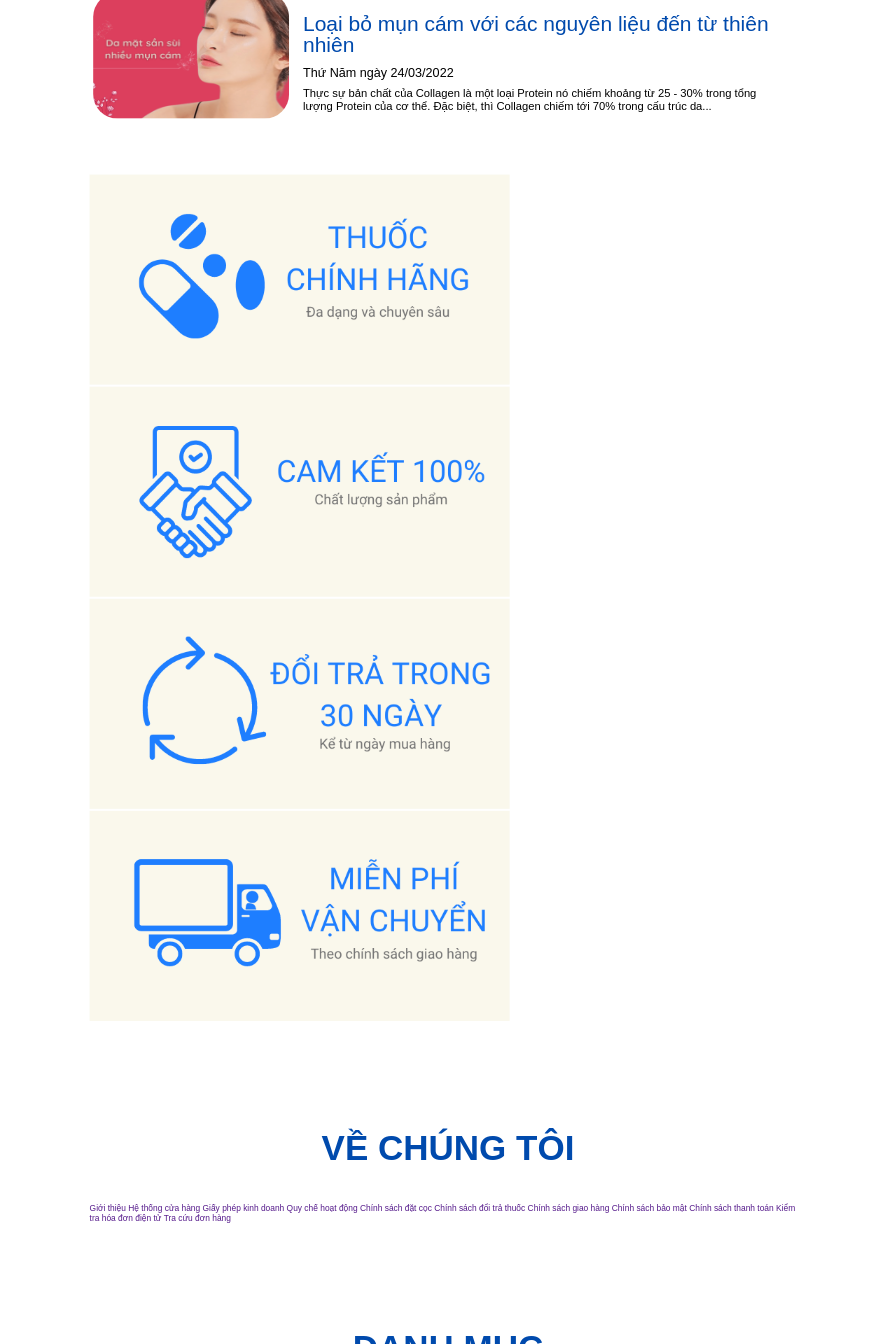
Repository: ViralAIWorks/TamAnPharmacy.github.io
Page: pages/chamsoccanhan.html
These files come from the project's save history. The page is drawn as it stood at one moment and after the next save; the edit follows.
The browser window is 1280 px wide. The pictures show the part of the page from y = 848 to 2768 px (the page is 3531 px tall before and 1873 px after), at 70% of full size.
Pictures or frames that could not be fetched are drawn as grey boxes. A picture or video elsewhere on the page could not be fetched, so the positions and the page height are approximate. Some web fonts or font styles are not loaded; a fallback is used.

Above is the page before, as saved 2022-03-23 19:11:34.
Console error: ReferenceError: Swiper is not defined

### pages/chamsoccanhan.html
<!DOCTYPE html>
<html lang="en">

<head>
    <meta charset="UTF-8">
    <meta http-equiv="X-UA-Compatible" content="IE=edge">
    <meta name="viewport" content="width=device-width, initial-scale=1.0">
    <title>Sức Khỏe</title>
    <link rel="stylesheet" href="https://cdnjs.cloudflare.com/ajax/libs/font-awesome/5.15.4/css/all.min.css" />
    <link rel="stylesheet" href="./suckhoe.css">
    <link rel="stylesheet" href="./chamsoccanhan.css">

</head>

<body>
    <header>
        <header class="header">
            <a href="../index.html">
                <img src="images/logo/logo2.png" width="200px" height="200px" alt="tamanlogo" />
            </a>
            <!--tao thanh navbar-->
            <nav class="navbar">
                <a href="../pages/Giohang/cart.html">THUỐC</a>
                <a href="../pages/Giohang/tbyt.html">THIẾT BỊ Y TẾ</a>
                <a href="../pages/chamsoccanhan.html">CHĂM SÓC CÁ NHÂN</a>
                <a href="../pages/suckhoe.html">SỨC KHỎE</a>
                <a href="../pages/thongtin.html">THÔNG TIN</a>
            </nav>
            <!--tao thanh tim kiem, gio hang va nutlogin-->
            <div class="icons">
                <div class="fas fa-search" id="search-btn"></div>
                <button id="cart">
                <div class="fas fa-shopping-cart" id="cart-btn" aria-hidden="true"></div>
            </button>

                <div class="fas fa-user" id="login-btn"></div>
            </div>

            <!--Tao form tim kiem-->
            <form action="" class="search-form">
                <input type="search" id="search-box" placeholder="Tìm kiếm tại đây..." />
                <label for="search-box" class="fas fa-search"></label>
            </form>

            <!--tao form login-->
            <form action="" class="login-form">
                <h3>Đăng nhập</h3>
                <input type="email" placeholder="Email" class="box">
                <br />
                <input type="password" placeholder="Password" class="box">
                <p>Quên mật khẩu? <a href="#">Click vào đây</a></p>
                <p>Chưa có tài khoản? <a href="pages/signupform.html">Đăng ký ngay</a></p>
                <input type="submit" value="Đăng Nhập" class="btn">
            </form>
        </header>
        <div class="ss-chuyende-news">
            <h2>Bài viết</h2>
            <!-- blog-1 -->
            <article class="t-news">
                <div class="blog-img">
                    <div>
                        <a href="blog/khoedep1.HTML">
                            <img src="./blog/22.jfif" alt="Dầu dừa chống lão hóa có tốt không? Cách sử dụng dầu dừa chống lão hóa ra sao?" class="loaded">
                        </a>
                    </div>
                </div>
                <div class="width-h3">
                    <div class="blog-link">
                        <a href="blog/khoedep1.HTML">
                        Dầu dừa chống lão hóa có tốt không? Cách sử dụng dầu dừa chống lão hóa ra sao?                        </a>
                    </div>
                    <br>
                    <div class="blog-content">
                        <span class="date">Thứ Năm ngày 24/03/2022</span>
                    </div>
                    <p>Có thể nói, hai tác dụng chính của dầu dừa đối với làn da đó là đẩy nhanh sự phục hồi của các vết thương và giúp da được dưỡng ẩm. Chính bởi đặc tính dưỡng ẩm nên dầu dừa...</p>
                </div>
            </article>
            <!-- khoedep1 -->
            <article class="t-news">
                <div class="blog-img">
                    <div>
                        <a href="blog/khoedep2.HTML">
                            <img src="./blog/23.png" alt="Top 6 thực phẩm tăng cường Collagen cho da, chống lão hóa sớm" class="loaded">
                        </a>
                    </div>
                </div>
                <div class="width-h3">
                    <div class="blog-link">
                        <a href="blog/khoedep2.HTML">
                        Top 6 thực phẩm tăng cường Collagen cho da, chống lão hóa sớm</a>
                    </div>
                    <br>
                    <div class="blog-content">
                        <span class="date">Thứ Năm ngày 24/03/2022</span>
                    </div>
                    <p>Thực sự bản chất của Collagen là một loại Protein nó chiếm khoảng từ 25 - 30% trong tổng lượng Protein của cơ thể. Đặc biệt, thì Collagen chiếm tới 70% trong cấu trúc da...</p>
                </div>
            </article>
            <!-- khoedep2 -->
            <article class="t-news">
                <div class="blog-img">
                    <div>
                        <a href="blog/khoedep3.HTML">
                            <img src="./blog/24.png" alt="Loại bỏ mụn cám với các nguyên liệu đến từ thiên nhiên" class="loaded">
                        </a>
                    </div>
                </div>
                <div class="width-h3">
                    <div class="blog-link">
                        <a href="blog/khoedep3.HTML">
                        Loại bỏ mụn cám với các nguyên liệu đến từ thiên nhiên </a>
                    </div>
                    <br>
                    <div class="blog-content">
                        <span class="date">Thứ Năm ngày 24/03/2022</span>
                    </div>
                    <p>Thực sự bản chất của Collagen là một loại Protein nó chiếm khoảng từ 25 - 30% trong tổng lượng Protein của cơ thể. Đặc biệt, thì Collagen chiếm tới 70% trong cấu trúc da...</p>
                </div>
            </article>
            <script src="../json/homepage.js"></script>
</body>
<footer>
    <div class="ft-bar">
        <div class="ft-display_img">
            <img src="../pages/images/Footer-ThongTin/thuoc.png" alt="">
            <img src="../pages/images/Footer-ThongTin/camket.png" alt="">
            <img src="../pages/images/Footer-ThongTin/doitra.png" alt="">
            <img src="../pages/images/Footer-ThongTin/free.png" alt="">
        </div>
    </div>
    <div class="list">
        <div class="footer-menu">
            <h2>VỀ CHÚNG TÔI</h2>
            <div class="ft-list">
                <a href=""> Giới thiệu </a>
                <a href=""> Hệ thống cửa hàng </a>
                <a href=""> Giấy phép kinh doanh </a>
                <a href=""> Quy chế hoạt động </a>
                <a href=""> Chính sách đặt cọc </a>
                <a href=""> Chính sách đổi trả thuốc </a>
                <a href=""> Chính sách giao hàng </a>
                <a href=""> Chính sách bảo mật </a>
                <a href=""> Chính sách thanh toán </a>
                <a href=""> Kiểm tra hóa đơn điện tử </a>
                <a href=""> Tra cứu đơn hàng </a>
            </div>
        </div>
        <div class="footer-menu">
            <h2>DANH MỤC</h2>
            <div class="ft-list">
                <a href=""> Thực phẩm chức năng </a>
                <a href=""> Dược mỹ phẩm </a>
                <a href=""> Chăm sóc cá nhân </a>
                <a href=""> Thuốc </a>
                <a href=""> Trang thiết bị y tế </a>
                <a href=""> Bệnh </a>
            </div>
        </div>
        <div class="footer-menu">
            <h2>THỰC PHẨM CHỨC NĂNG</h2>
            <div class="ft-list">
                <a href="">Cải thiện tăng cường chức năng</a>
                <a href=""> Thảo dược-Thực phẩm tư nhân </a>
                <a href=""> Vitamin </a>
                <a href=""> Hỗ trợ điều trị </a>
                <a href=""> Canxi </a>
            </div>
        </div>
        <div class="footer-contact_width">
            <div class="ft-contact">
                <div>
                    <p class="ft-service">Tư vấn mua hàng (miễn phí)</p>
                    <a href="" class="phone">0696 9696 - Hotline</a>
                </div>
                <div>
                    <p class="ft-service">Góp ý, khiếu nại</p>
                    <a href="" class="phone">0123 4567 - Hotline</a>
                </div>
            </div>
            <div>
                <img src="../images/qrcode.jpg" class="qr-border" alt="">
            </div>
        </div>
    </div>
</footer>

### pages/suckhoe.css
    @import url("https://fonts.googleapis.com/css2?family=Source+Sans+3:ital,wght@0,200;0,300;0,400;0,500;0,600;0,700;0,800;0,900;1,200;1,300;1,400;1,500;1,600;1,700;1,800;1,900&display=swap");
     :root {
        --box-shadow: 0 0.5rem 1.5rem rgba(0, 0, 0, 0.1);
        --border: 0.2rem solid rgba(0, 0, 0, 0.1);
        --outline: 0.1rem solid rgba(0, 0, 0, 0.1);
        --outline-hover: 0.2rem solid var(--black);
    }
    /*css cho nen trang web*/

    * {
        font-family: "Source Sans 3", sans-serif;
        padding: 0px;
        margin: 0px;
        box-sizing: border-box;
        outline: none;
        border: none;
        text-decoration: none;
        text-transform: None;
        transition: all 0.2s linear;
    }

    body {
        margin: 0 auto;
        width: auto;
    }
    /*html*/

    html {
        font-size: 75%;
    }
    /*css cho header*/

    .header {
        display: flex;
        justify-content: space-between;
        align-items: center;
        padding: 0px 5%;
        position: fixed;
        top: 0;
        left: 0;
        right: 0;
        background: white;
        z-index: 1000;
        box-shadow: var(--box-shadow);
        max-height: 100px;
    }

    .header .logo {
        cursor: pointer;
        width: 200px;
        height: 200px;
    }

    .header .navbar a {
        font-size: 16px;
        font-family: "Source Sans 3", sans-serif;
        color: #004aad;
        font-weight: 500;
        text-decoration: none;
        transition: all 0.3s ease 0s;
        display: inline-block;
        padding: 0px 10px;
    }
    /*hover: hieu ung khi di chuot toi vi tri*/

    .header .navbar a:hover {
        color: aqua;
    }

    .header .icons div:hover {
        color: white;
    }

    .header .search-form label:hover {
        color: Highlight;
    }

    .header .icons div {
        height: 40px;
        width: 40px;
        line-height: 40px;
        border-radius: 5px;
        background: #b6cff9;
        color: var(--black);
        font-size: 20px;
        margin-left: 2px;
        cursor: pointer;
        text-align: center;
    }
    /*an icon tim kiem lon*/

    #search-btn {
        display: none;
    }

    .header .search-form {
        position: sticky;
        overflow: hidden;
        border-radius: 10px;
        display: flex;
        box-shadow: var(--box-shadow);
        align-items: center;
        width: auto;
        height: 40px;
        border-style: solid;
        border-color: #004aad;
    }

    .header .search-form.active {
        right: 2rem;
        transition: 0.4s linear;
    }

    .header .search-form input {
        height: 100%;
        width: 100%;
        background: none;
        text-transform: none;
        font-size: 16px;
        color: var(--black);
        padding: 0px 10px;
    }
    /* icon kính lúp*/

    .header .search-form label {
        font-size: 20px;
        padding-right: 10px;
        color: var(--black);
        cursor: pointer;
    }
    /*form dang nhap*/

    .header .login-form {
        position: absolute;
        top: 110%;
        right: -110%;
        width: 25%;
        box-shadow: var(--box-shadow);
        padding: 20px;
        border-radius: 7px;
        background: #fff;
        text-align: left;
        font-family: 'Source Sans 3';
        border-style: solid;
        border-width: 2px;
        border-color: #004aad;
    }

    .header .login-form h3 {
        font-size: 22px;
        text-transform: uppercase;
        color: #004aad;
        font-family: 'Source Sans 3';
        text-align: center;
    }

    .header .login-form .box {
        margin: 5px;
        border-radius: 7px;
        width: 100%;
        padding: 8px;
        font-size: 16px;
        color: black;
        background: #eee;
        text-transform: none;
    }

    .header .login-form p {
        font-size: 14px;
        padding: 5px;
    }

    .header .login-form.active {
        right: 32px;
        transition: 0.5s linear;
    }

    .ss-chuyende-news {
        margin: 10px 10%;
    }

    .loaded {
        width: 280px;
        height: 180px;
        border-radius: 35px;
    }

    .ss-chuyende-news h2 {
        margin-top: 150px;
        margin-bottom: 50px;
        color: #004aad;
        font-size: 50px;
        text-align: center;
    }

    .blog-link a {
        color: #004aad;
        font-size: 30px;
        line-height: 30px;
    }

    .phone {
        font-size: 18px;
    }

    .date {
        font-size: 18px;
    }

    p {
        font-size: 16px;
    }

    .width-h3 {
        font-family: 36px;
        margin-left: 2%;
        margin-bottom: 10%;
    }

    article {
        display: flex;
        margin-bottom: 30px;
        padding: 20px 25px 20px 5px;
    }

    .blog-link {
        margin-top: 30px;
    }

    .blog-content {
        margin-bottom: 10px;
    }

    .t-news {
        height: 250px;
        border-radius: 25px;
    }

    .t-news:hover {
        border: 0.5px solid;
        border-radius: 35px;
    }

### pages/chamsoccanhan.css
@import url("https://fonts.googleapis.com/css2?family=Source+Sans+3:ital,wght@0,200;0,300;0,400;0,500;0,600;0,700;0,800;0,900;1,200;1,300;1,400;1,500;1,600;1,700;1,800;1,900&display=swap");
:root {
    --box-shadow: 0 0.5rem 1.5rem rgba(0, 0, 0, 0.1);
    --border: 0.2rem solid rgba(0, 0, 0, 0.1);
    --outline: 0.1rem solid rgba(0, 0, 0, 0.1);
    --outline-hover: 0.2rem solid var(--black);
}


/*css cho nen trang web*/

* {
    font-family: "Source Sans 3", sans-serif;
    padding: 0px;
    margin: 0px;
    box-sizing: border-box;
    outline: none;
    border: none;
    text-decoration: none;
    text-transform: None;
    transition: all 0.2s linear;
}

body {
    margin: 0 auto;
    width: auto;
}


/*html*/

html {
    font-size: 75%;
}


/*css cho header*/

.header {
    display: flex;
    justify-content: space-between;
    align-items: center;
    padding: 0px 5%;
    position: fixed;
    top: 0;
    left: 0;
    right: 0;
    background: white;
    z-index: 1000;
    box-shadow: var(--box-shadow);
    max-height: 100px;
}

.header .logo {
    cursor: pointer;
}

.header .navbar a {
    font-size: 16px;
    font-family: "Source Sans 3", sans-serif;
    color: #004aad;
    font-weight: 500;
    text-decoration: none;
    transition: all 0.3s ease 0s;
    display: inline-block;
    padding: 0px 10px;
}


/*hover: hieu ung khi di chuot toi vi tri*/

.header .navbar a:hover {
    color: aqua;
}

.header .icons div:hover {
    color: white;
}

.header .search-form label:hover {
    color: Highlight;
}

.header .icons div {
    height: 40px;
    width: 40px;
    line-height: 40px;
    border-radius: 5px;
    background: #b6cff9;
    color: var(--black);
    font-size: 20px;
    margin-left: 2px;
    cursor: pointer;
    text-align: center;
}


/*an icon tim kiem lon*/

#search-btn {
    display: none;
}

.header .search-form {
    position: sticky;
    overflow: hidden;
    border-radius: 10px;
    display: flex;
    box-shadow: var(--box-shadow);
    align-items: center;
    width: auto;
    height: 40px;
    border-style: solid;
    border-color: #004aad;
}

.header .search-form.active {
    right: 2rem;
    transition: 0.4s linear;
}

.header .search-form input {
    height: 100%;
    width: 100%;
    background: none;
    text-transform: none;
    font-size: 16px;
    color: var(--black);
    padding: 0px 10px;
}


/* icon kính lúp*/

.header .search-form label {
    font-size: 20px;
    padding-right: 10px;
    color: var(--black);
    cursor: pointer;
}


/*form dang nhap*/

.header .login-form {
    position: absolute;
    top: 110%;
    right: -110%;
    width: 25%;
    box-shadow: var(--box-shadow);
    padding: 20px;
    border-radius: 7px;
    background: #fff;
    text-align: left;
    font-family: 'Source Sans 3';
    border-style: solid;
    border-width: 2px;
    border-color: #004aad;
}

.header .login-form h3 {
    font-size: 22px;
    text-transform: uppercase;
    color: #004aad;
    font-family: 'Source Sans 3';
    text-align: center;
}

.header .login-form .box {
    margin: 5px;
    border-radius: 7px;
    width: 100%;
    padding: 8px;
    font-size: 16px;
    color: black;
    background: #eee;
    text-transform: none;
}

.header .login-form p {
    font-size: 14px;
    padding: 5px;
}

.header .login-form.active {
    right: 32px;
    transition: 0.5s linear;
}

.ss-chuyende-news {
    margin: 10px 10%;
}

.logo {
    width: 200px;
    height: 200px;
}

.loaded {
    width: 280px;
    height: 180px;
    border-radius: 35px;
}

.blog-link a {
    color: #004aad;
    font-size: 30px;
    line-height: 30px;
}

.date {
    font-size: 18px;
}

p {
    font-size: 16px;
}

.width-h3 {
    font-family: 36px;
    margin-left: 2%;
    margin-bottom: 10%;
}

article {
    display: flex;
    margin-bottom: 30px;
    padding: 20px 25px 20px 5px;
}

.blog-link {
    margin-top: 30px;
}

.blog-content {
    margin-bottom: 10px;
}

.t-news {
    height: 250px;
    border-radius: 25px;
}

.t-news:hover {
    border: 0.5px solid;
    border-radius: 35px;
}

### json/homepage.js
// index.html json
//signin form
let loginForm = document.querySelector('.login-form');
document.querySelector('#login-btn').onclick = () => {
    loginForm.classList.toggle('active');
}



var swiper = new Swiper(".product-slider", {
    loop: true,
    spaceBetween: 20,
    autoplay: {
        delay: 7500,
        disableOnInteraction: false,
    },
    centeredSlides: true,
    breakpoints: {
        0: {
            slidesPerView: 1,
        },
        768: {
            slidesPerView: 2,
        },
        1020: {
            slidesPerView: 3,
        },
    },
});

### pages/style/style_cactrang.css
/* <<<<<<< Updated upstream */

@import url("https://fonts.googleapis.com/css2?family=Source+Sans+3:ital,wght@0,200;0,300;0,400;0,500;0,600;0,700;0,800;0,900;1,200;1,300;1,400;1,500;1,600;1,700;1,800;1,900&display=swap");
:root {
    --box-shadow: 0 0.5rem 1.5rem rgba(0, 0, 0, 0.1);
    --border: 0.2rem solid rgba(0, 0, 0, 0.1);
    --outline: 0.1rem solid rgba(0, 0, 0, 0.1);
    --outline-hover: 0.2rem solid var(--black);
}


/*css cho nen trang web*/

* {
    font-family: "Source Sans 3", sans-serif;
    padding: 0px;
    margin: 0px;
    box-sizing: border-box;
    outline: none;
    border: none;
    text-decoration: none;
    text-transform: None;
    transition: all 0.2s linear;
}

body {
    margin: 0 auto;
    width: auto;
    overflow-x: hidden;
}


/*html*/

html {
    font-size: 75%;
}


/*css cho header*/

.header {
    display: flex;
    justify-content: space-between;
    align-items: center;
    padding: 0px 5%;
    position: fixed;
    top: 0;
    left: 0;
    right: 0;
    background: white;
    z-index: 1000;
    box-shadow: var(--box-shadow);
    max-height: 100px;
}

.header .logo {
    cursor: pointer;
}

.header .navbar a {
    font-size: 16px;
    font-family: "Source Sans 3", sans-serif;
    color: #004aad;
    font-weight: 500;
    text-decoration: none;
    transition: all 0.3s ease 0s;
    display: inline-block;
    padding: 0px 10px;
}


/*hover: hieu ung khi di chuot toi vi tri*/

.header .navbar a:hover {
    color: aqua;
}

.header .icons div:hover {
    color: white;
}

.header .search-form label:hover {
    color: Highlight;
}

.header .icons div {
    height: 40px;
    width: 40px;
    line-height: 40px;
    border-radius: 5px;
    background: #b6cff9;
    color: var(--black);
    font-size: 20px;
    margin-left: 2px;
    cursor: pointer;
    text-align: center;
}


/*an icon tim kiem lon*/

#search-btn {
    display: none;
}

.header .search-form {
    position: sticky;
    overflow: hidden;
    border-radius: 10px;
    display: flex;
    box-shadow: var(--box-shadow);
    align-items: center;
    width: auto;
    height: 40px;
    border-style: solid;
    border-color: #004aad;
}

.header .search-form.active {
    right: 2rem;
    transition: 0.4s linear;
}

.header .search-form input {
    height: 100%;
    width: 100%;
    background: none;
    text-transform: none;
    font-size: 16px;
    color: var(--black);
    padding: 0px 10px;
}


/* icon kính lúp*/

.header .search-form label {
    font-size: 20px;
    padding-right: 10px;
    color: var(--black);
    cursor: pointer;
}


/*form dang nhap*/

.header .login-form {
    position: absolute;
    top: 110%;
    right: -110%;
    width: 25%;
    box-shadow: var(--box-shadow);
    padding: 20px;
    border-radius: 7px;
    background: #fff;
    text-align: left;
    font-family: 'Source Sans 3';
    border-style: solid;
    border-width: 2px;
    border-color: #004aad;
}

.header .login-form h3 {
    font-size: 22px;
    text-transform: uppercase;
    color: #004aad;
    font-family: 'Source Sans 3';
    text-align: center;
}

.header .login-form .box {
    margin: 5px;
    border-radius: 7px;
    width: 100%;
    padding: 8px;
    font-size: 16px;
    color: black;
    background: #eee;
    text-transform: none;
}

.header .login-form p {
    font-size: 14px;
    padding: 5px;
}

.header .login-form.active {
    right: 32px;
    transition: 0.5s linear;
}


/*end formlogin*/


/*Picture*/

#aboutus-picture {
    position: center;
    width: 100%;
    height: 100%;
    display: block;
    padding-top: 2%;
}


/*Page Thong Tin*/

.pagethongtin {
    margin-top: 100px;
    margin-left: 5%;
    margin-right: 5%;
    font-family: "Source Sans 3", sans-serif;
    font-size: large;
}

main div h3 {
    text-align: center;
}

main div p {
    text-indent: 1cm;
    text-align: justify;
    margin: 1px 10%;
    padding-bottom: 0.5cm;
}

main {
    display: grid;
    grid-template-rows: auto;
}

.titleSize {
    font-size: xx-large;
    margin-bottom: 30px;
    color: #004aad;
}

.flex-vision {
    margin-right: 10%;
}

.flex-info,
.flex-vision {
    display: flex;
    width: 100%;
}

.content div {
    margin-top: 2%;
}

.align-p {
    color: #004aad;
    margin: 0 10%;
}

.flex-des {
    display: flex;
}

.content-width_1 {
    position: relative;
}

.content-width_3 {
    margin-left: 5%;
}

#img3-position {
    text-align: right;
    border-radius: 10%;
}

.img25-position {
    border-radius: 10%;
}

.list {
    display: flex;
    margin-left: 10%;
    margin-top: 1%;
    text-align: left;
}

.footer-menu {
    width: 18%;
}

.footer-contact_width {
    width: 40%;
}

.ft-list {
    display: grid;
    font-size: medium;
}

.ft-list a {
    padding: 1% 0;
    width: auto
}

.ft-contact {
    display: flex;
}

.ft-contact div {
    padding-left: 5%;
    font-size: large;
}

.phone {
    color: #1d48ba;
    display: inline;
}

.ft-bar {
    background-color: #faf8ec;
    margin-top: 10px;
    width: 100%;
}

.ft-display_img {
    display: block;
    position: relative;
    left: 7%;
    justify-content: space-between;
}

.ft-display_img img {
    width: 21%;
}

.qr-border {
    border-radius: 20px;
    display: block;
    width: 32.75em;
    height: 18.416666666666668em;
}

After the next save:
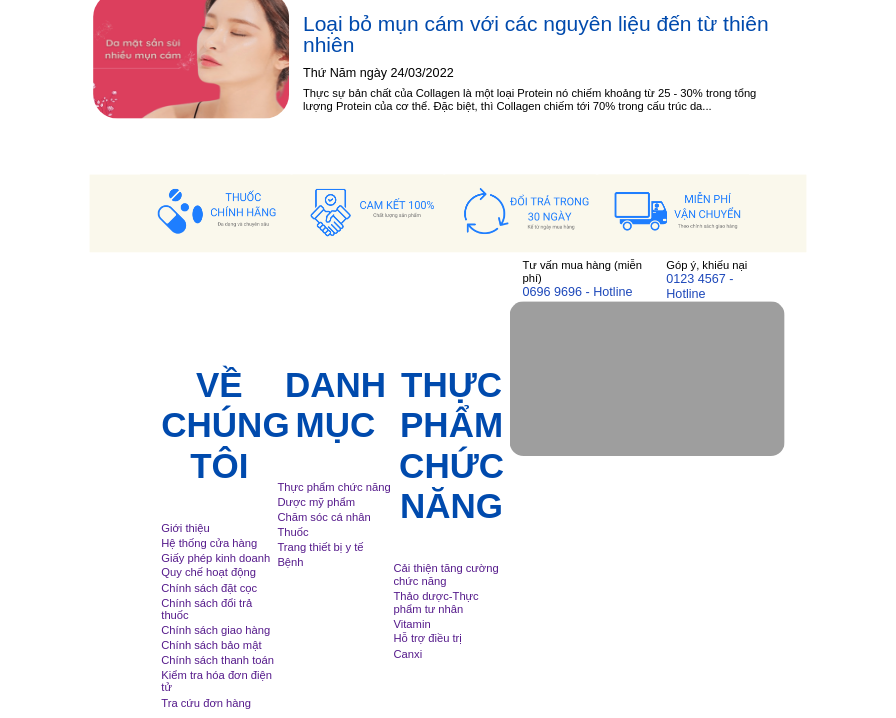
Saved 24 s later.
--- a/pages/chamsoccanhan.html
+++ b/pages/chamsoccanhan.html
@@ -9,6 +9,7 @@
     <link rel="stylesheet" href="https://cdnjs.cloudflare.com/ajax/libs/font-awesome/5.15.4/css/all.min.css" />
     <link rel="stylesheet" href="./suckhoe.css">
     <link rel="stylesheet" href="./chamsoccanhan.css">
+    <link rel="stylesheet" href="../pages/style/style_cactrang.css">
 
 </head>
 
